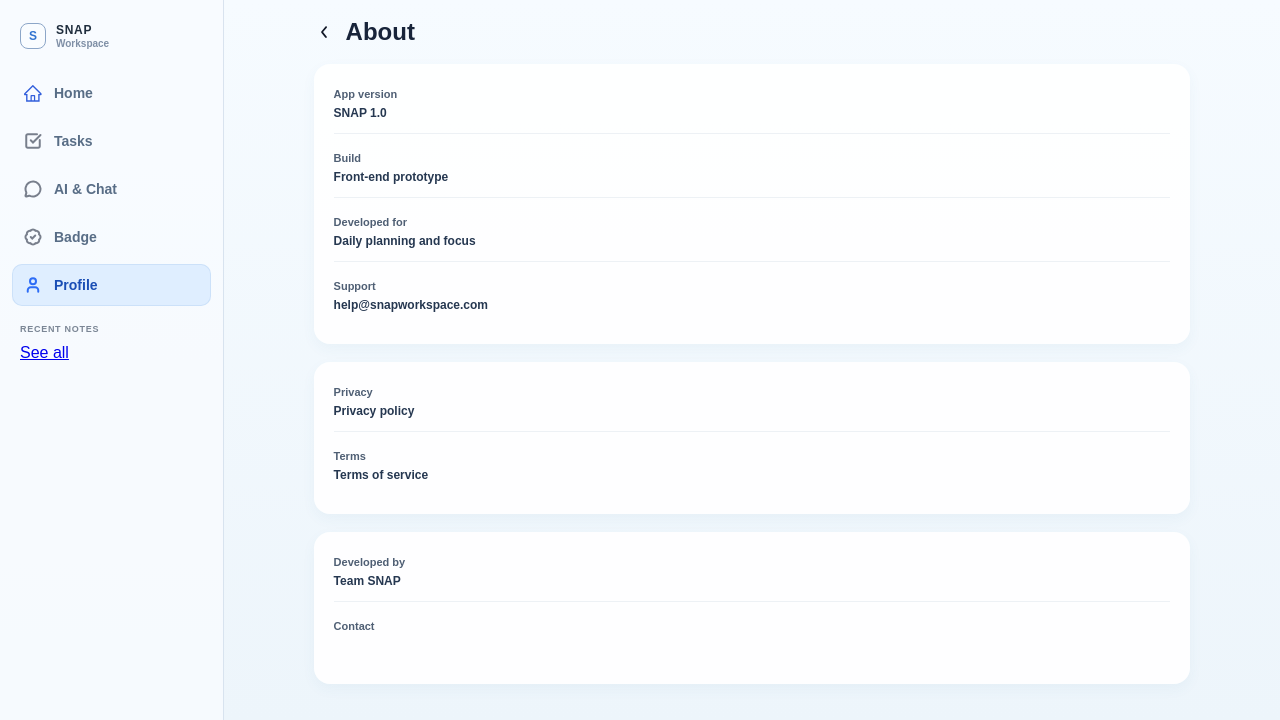
Repository: Lee-Productions-Inc/SNAP_productions
Page: pages/dashboard/profile/settings/about.html
An editor plug-in stored every save of this project. The page is shown before and after the next save, followed by the edit.
The browser window is 1280 px wide. The pictures show the whole page.

Above is the page before, as saved 2026-09-25 13:49:26.

After the next save:
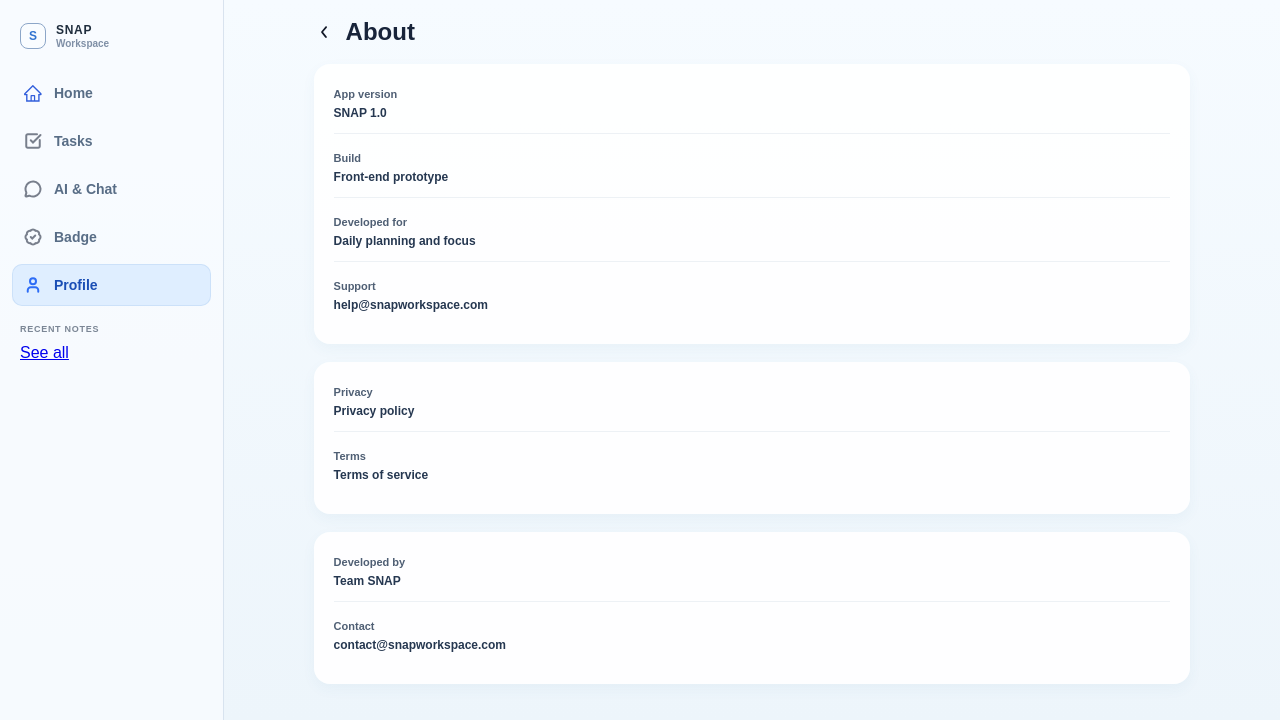
Saved 41 s later.
--- a/pages/dashboard/profile/settings/about.html
+++ b/pages/dashboard/profile/settings/about.html
@@ -89,7 +89,9 @@
                         </div>
                         <div class="info-item">
                             <span class="field-label">Contact</span>
-                            <a href="#">
+                            <a href="mailto:contact@snapworkspace.com">contact@snapworkspace.com</a>
+                        </div>
+                    </div>
                 </section>
             </main>
         </div>
